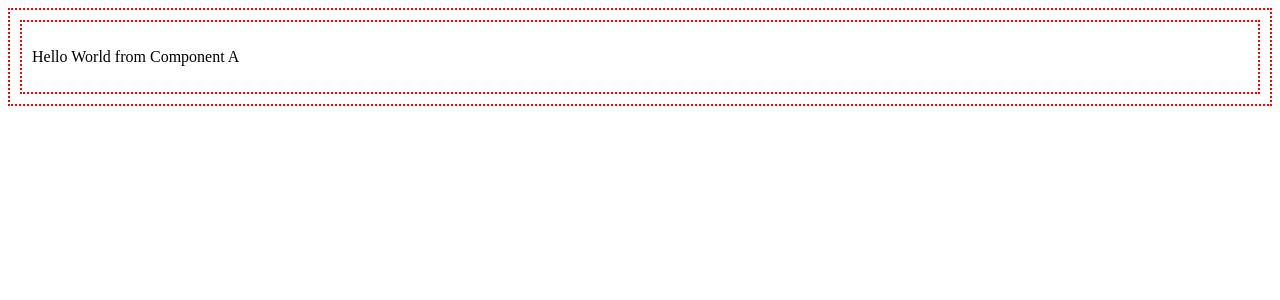
Repository: LavriaNeptune/vue-playground
Page: components-in-depth/component-events/emitting-and-listening-to-event/emitting-and-listening-to-event.html
The author's editor kept a copy of each file at every save. The page is drawn from the files as they stood at one save, then again after the next save.
The browser window is 1280 px wide. The pictures show the whole page.

Above is the page before, as saved 2022-08-22 17:56:44.

### components-in-depth/component-events/emitting-and-listening-to-event/emitting-and-listening-to-event.html
<!DOCTYPE html>
<html lang="en">
  <head>
    <meta charset="UTF-8" />
    <title>Vue</title>
    <script src="https://unpkg.com/vue@3"></script>
    <style>
      div {
        border: 2px dotted red;
        padding: 10px;
      }
    </style>
  </head>
  <body>
    <div id="app"></div>
    <script type="module">
      import MyComponent from './MyComponent.js';

      const { createApp } = Vue;
      const app = createApp({
        data() {
          return {
            msg: 'Hello World',
          };
        },
        methods: {
          someEvent() {
            console.log('Sub-components trigger events');
          },
        },
        template: `<MyComponent @some-event="someEvent"></MyComponent>`,
      });
      app.component('MyComponent', MyComponent);

      app.mount('#app');
    </script>
  </body>
</html>

### components-in-depth/component-events/emitting-and-listening-to-event/MyComponent.js
export default {
  data() {
    return {
      msg: 'Hello World from Component A',
    };
  },
  template: ` <div><p> {{ msg }} </p>

              </div> `,
};

After the next save:
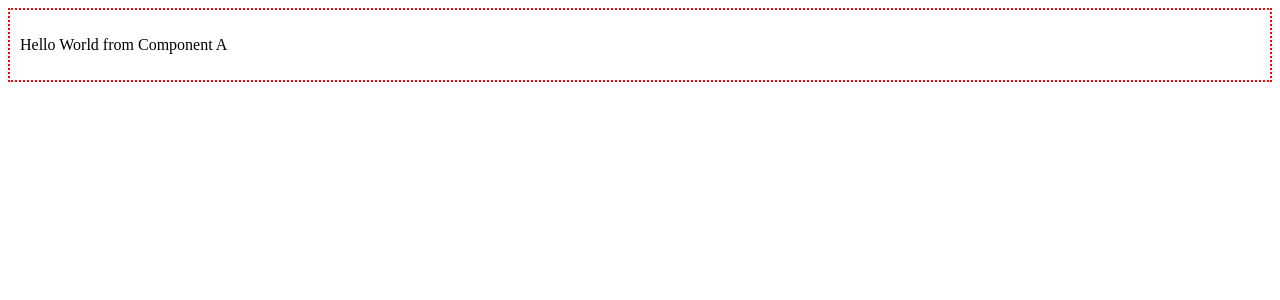
Saved 4 s later.
--- a/components-in-depth/component-events/emitting-and-listening-to-event/MyComponent.js
+++ b/components-in-depth/component-events/emitting-and-listening-to-event/MyComponent.js
@@ -4,7 +4,7 @@ export default {
       msg: 'Hello World from Component A',
     };
   },
-  template: ` <div><p> {{ msg }} </p>
+  template: ` <p> {{ msg }} </p>
 
               </div> `,
 };
